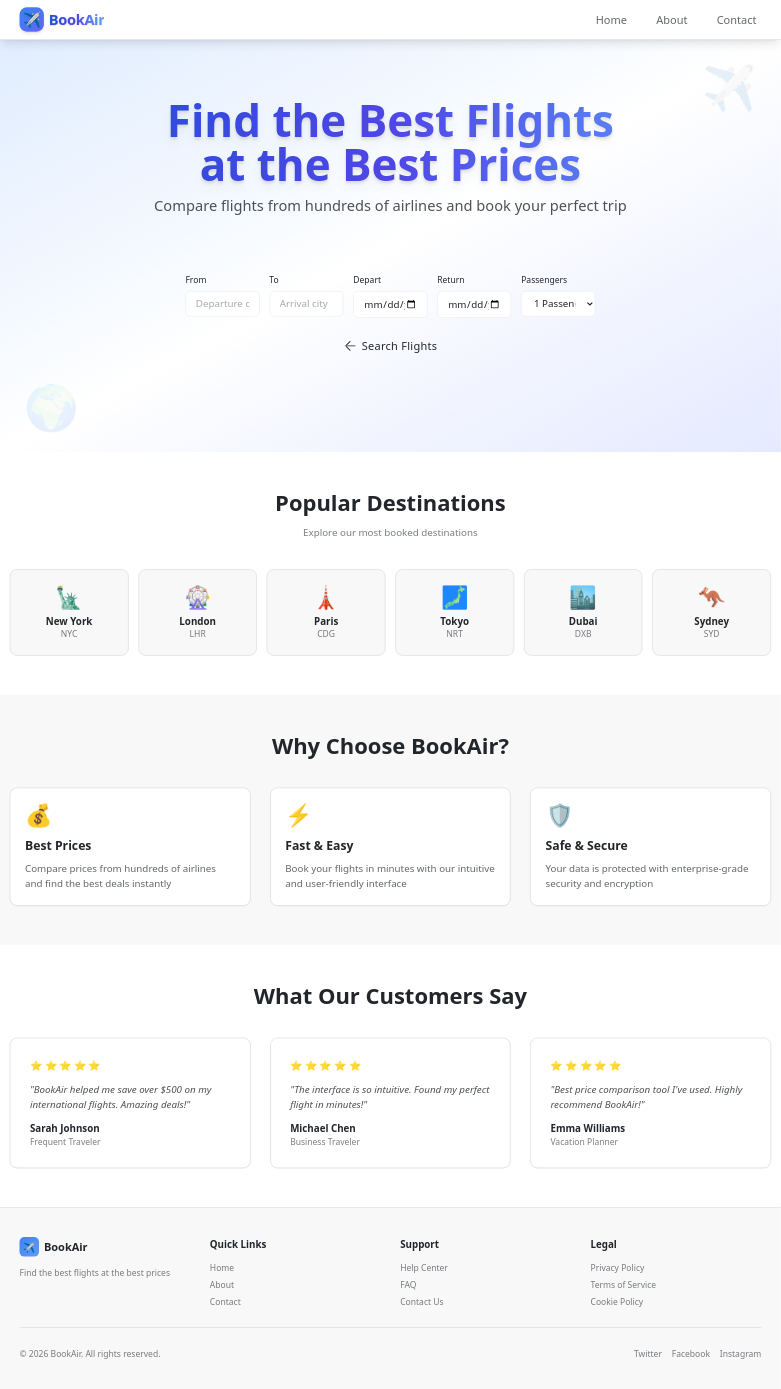
Repository: muhammadsiddique240/Book_air_flights
Page: /
These files come from the project's save history. The page is drawn as it stood at one moment and after the next save; the edit follows.
The browser window is 1280 px wide. The pictures show the whole page, at 61% of full size.
The project was rebuilt for these pictures with package versions that can differ from the ones it lists, and the page was loaded fresh each time. The framework's server and built-in components were replaced by stand-ins that run in the browser. Also part of the build but not shown: next.config.mjs.

Above is the page before, as saved 2026-02-20 15:16:36.

### app/layout.tsx
import type { Metadata } from 'next'
import { Geist, Geist_Mono } from 'next/font/google'

import './globals.css'

const _geist = Geist({ subsets: ['latin'] })
const _geistMono = Geist_Mono({ subsets: ['latin'] })

export const metadata: Metadata = {
  title: 'BookAir - Find the best flights at the best prices',
  description: 'Book flights at the best prices with BookAir. Compare and find the perfect flights for your next trip.',
  generator: 'v0.app',
}

export default function RootLayout({
  children,
}: Readonly<{
  children: React.ReactNode
}>) {
  return (
    <html lang="en">
      <body className="font-sans antialiased">{children}</body>
    </html>
  )
}

### app/page.tsx
'use client'

import { useState, useRef } from 'react'
import { cities } from '@/lib/cities'
import Link from 'next/link'
import { Navbar } from '@/components/navbar'
import { Footer } from '@/components/footer'

export default function Home() {
  const [searchData, setSearchData] = useState({
    from: '',
    to: '',
    departDate: '',
    returnDate: '',
    passengers: '1',
  })
  const [fromSuggestions, setFromSuggestions] = useState<any[]>([])
  const [toSuggestions, setToSuggestions] = useState<any[]>([])
  const [showFromDropdown, setShowFromDropdown] = useState(false)
  const [showToDropdown, setShowToDropdown] = useState(false)
  const fromInputRef = useRef<HTMLInputElement>(null)
  const toInputRef = useRef<HTMLInputElement>(null)

  const handleSearch = (e: React.FormEvent) => {
    e.preventDefault()
    // Navigate to results page with search params
    const params = new URLSearchParams({
      from: searchData.from,
      to: searchData.to,
      departDate: searchData.departDate,
      returnDate: searchData.returnDate,
      passengers: searchData.passengers,
    })
    window.location.href = `/results?${params.toString()}`
  }

  const popularDestinations = [
    { city: 'New York', code: 'NYC', image: '🗽' },
    { city: 'London', code: 'LHR', image: '🎡' },
    { city: 'Paris', code: 'CDG', image: '🗼' },
    { city: 'Tokyo', code: 'NRT', image: '🗾' },
    { city: 'Dubai', code: 'DXB', image: '🏙' },
    { city: 'Sydney', code: 'SYD', image: '🦘' },
  ]

  const testimonials = [
    {
      name: 'Sarah Johnson',
      role: 'Frequent Traveler',
      text: 'BookAir helped me save over $500 on my international flights. Amazing deals!',
    },
    {
      name: 'Michael Chen',
      role: 'Business Traveler',
      text: 'The interface is so intuitive. Found my perfect flight in minutes!',
    },
    {
      name: 'Emma Williams',
      role: 'Vacation Planner',
      text: 'Best price comparison tool I\'ve used. Highly recommend BookAir!',
    },
  ]

  return (
    <>
      <Navbar />
      <main className="flex flex-col min-h-screen">
        {/* Hero Section */}
        <section className="relative bg-gradient-to-br from-blue-100/60 via-white/80 to-indigo-100/60 py-24 px-4 overflow-hidden section-fade">
          <div className="absolute inset-0 pointer-events-none">
            <div className="absolute top-10 right-10 text-7xl opacity-10 animate-pulse">✈</div>
            <div className="absolute bottom-10 left-10 text-7xl opacity-10 animate-pulse">🌍</div>
            <div className="absolute inset-0 bg-gradient-to-br from-blue-200/20 via-white/0 to-indigo-200/20" />
          </div>

          <div className="max-w-7xl mx-auto relative z-10">
            <div className="text-center mb-12 fade-in">
              <h1 className="text-5xl md:text-6xl lg:text-7xl font-extrabold text-transparent bg-clip-text bg-gradient-to-r from-blue-700 via-indigo-600 to-blue-400 mb-4 text-balance drop-shadow-lg">
                Find the Best Flights at the Best Prices
              </h1>
              <p className="text-xl md:text-2xl text-foreground/80 text-balance font-medium">
                Compare flights from hundreds of airlines and book your perfect trip
              </p>
            </div>

            {/* Search Card */}
            <div className="glass-card p-8 md:p-12 max-w-3xl mx-auto fade-in">
              <form onSubmit={handleSearch} className="space-y-4">
                <div className="grid grid-cols-1 md:grid-cols-5 gap-4">
                  {/* From */}
                  <div>
                    <label className="block text-sm font-medium text-foreground mb-2">From</label>
                    <div className="relative">
                      <input
                        type="text"
                        placeholder="Departure city"
                        value={searchData.from}
                        ref={fromInputRef}
                        autoComplete="off"
                        onFocus={() => {
                          setShowFromDropdown(true)
                          setFromSuggestions(
                            cities.filter(city =>
                              city.city.toLowerCase().includes(searchData.from.toLowerCase()) ||
                              city.code.toLowerCase().includes(searchData.from.toLowerCase())
                            )
                          )
                        }}
                        onBlur={() => setTimeout(() => setShowFromDropdown(false), 100)}
                        onChange={e => {
                          setSearchData({ ...searchData, from: e.target.value })
                          setShowFromDropdown(true)
                          setFromSuggestions(
                            cities.filter(city =>
                              city.city.toLowerCase().includes(e.target.value.toLowerCase()) ||
                              city.code.toLowerCase().includes(e.target.value.toLowerCase())
                            )
                          )
                        }}
                        className="w-full px-4 py-2 border border-input rounded-lg bg-background text-foreground placeholder:text-foreground/40 focus:outline-none focus:ring-2 focus:ring-primary"
                        required
                      />
                      {showFromDropdown && fromSuggestions.length > 0 && (
                        <ul className="absolute z-20 left-0 right-0 bg-white border border-gray-200 rounded shadow max-h-48 overflow-y-auto">
                          {fromSuggestions.map((city, idx) => (
                            <li
                              key={city.code}
                              className="px-4 py-2 hover:bg-primary/10 cursor-pointer"
                              onMouseDown={() => {
                                setSearchData({ ...searchData, from: city.city })
                                setShowFromDropdown(false)
                              }}
                            >
                              {city.city} ({city.code})
                            </li>
                          ))}
                        </ul>
                      )}
                    </div>
                  </div>

                  {/* To */}
                  <div>
                    <label className="block text-sm font-medium text-foreground mb-2">To</label>
                    <div className="relative">
                      <input
                        type="text"
                        placeholder="Arrival city"
                        value={searchData.to}
                        ref={toInputRef}
                        autoComplete="off"
                        onFocus={() => {
                          setShowToDropdown(true)
                          setToSuggestions(
                            cities.filter(city =>
                              city.city.toLowerCase().includes(searchData.to.toLowerCase()) ||
                              city.code.toLowerCase().includes(searchData.to.toLowerCase())
                            )
                          )
                        }}
                        onBlur={() => setTimeout(() => setShowToDropdown(false), 100)}
                        onChange={e => {
                          setSearchData({ ...searchData, to: e.target.value })
                          setShowToDropdown(true)
                          setToSuggestions(
                            cities.filter(city =>
                              city.city.toLowerCase().includes(e.target.value.toLowerCase()) ||
                              city.code.toLowerCase().includes(e.target.value.toLowerCase())
                            )
                          )
                        }}
                        className="w-full px-4 py-2 border border-input rounded-lg bg-background text-foreground placeholder:text-foreground/40 focus:outline-none focus:ring-2 focus:ring-primary"
                        required
                      />
                      {showToDropdown && toSuggestions.length > 0 && (
                        <ul className="absolute z-20 left-0 right-0 bg-white border border-gray-200 rounded shadow max-h-48 overflow-y-auto">
                          {toSuggestions.map((city, idx) => (
                            <li
                              key={city.code}
                              className="px-4 py-2 hover:bg-primary/10 cursor-pointer"
                              onMouseDown={() => {
                                setSearchData({ ...searchData, to: city.city })
                                setShowToDropdown(false)
                              }}
                            >
                              {city.city} ({city.code})
                            </li>
                          ))}
                        </ul>
                      )}
                    </div>
                  </div>

                  {/* Depart */}
                  <div>
                    <label className="block text-sm font-medium text-foreground mb-2">Depart</label>
                    <input
                      type="date"
                      value={searchData.departDate}
                      onChange={(e) => setSearchData({ ...searchData, departDate: e.target.value })}
                      className="w-full px-4 py-2 border border-input rounded-lg bg-background text-foreground focus:outline-none focus:ring-2 focus:ring-primary"
                      required
                    />
                  </div>

                  {/* Return */}
                  <div>
                    <label className="block text-sm font-medium text-foreground mb-2">Return</label>
                    <input
                      type="date"
                      value={searchData.returnDate}
                      onChange={(e) => setSearchData({ ...searchData, returnDate: e.target.value })}
                      className="w-full px-4 py-2 border border-input rounded-lg bg-background text-foreground focus:outline-none focus:ring-2 focus:ring-primary"
                    />
                  </div>

                  {/* Passengers */}
                  <div>
                    <label className="block text-sm font-medium text-foreground mb-2">Passengers</label>
                    <select
                      value={searchData.passengers}
                      onChange={(e) => setSearchData({ ...searchData, passengers: e.target.value })}
                      className="w-full px-4 py-2 border border-input rounded-lg bg-background text-foreground focus:outline-none focus:ring-2 focus:ring-primary"
                    >
                      {[1, 2, 3, 4, 5, 6].map((n) => (
                        <option key={n} value={n}>
                          {n} {n === 1 ? 'Passenger' : 'Passengers'}
                        </option>
                      ))}
                    </select>
                  </div>
                </div>

                <button
                  type="submit"
                  className="w-full premium-btn py-4 text-lg tracking-wide"
                >
                  <span className="flex items-center justify-center gap-2">
                    <svg width="22" height="22" fill="none" viewBox="0 0 24 24"><path fill="currentColor" d="M2.25 12a.75.75 0 0 1 .75-.75h18a.75.75 0 0 1 0 1.5h-18A.75.75 0 0 1 2.25 12Z"></path><path fill="currentColor" d="M12.53 3.47a.75.75 0 0 1 0 1.06L5.81 11.25a.75.75 0 0 1-1.06-1.06l6.72-6.72a.75.75 0 0 1 1.06 0Zm0 17.06a.75.75 0 0 1-1.06 0l-6.72-6.72a.75.75 0 0 1 1.06-1.06l6.72 6.72a.75.75 0 0 1 0 1.06Z"></path></svg>
                    Search Flights
                  </span>
                </button>
              </form>
            </div>
          </div>
        </section>

        {/* Popular Destinations */}
        <section className="py-16 px-4 bg-background">
          <div className="max-w-7xl mx-auto">
            <h2 className="text-3xl md:text-4xl font-bold text-foreground mb-4 text-center text-balance">
              Popular Destinations
            </h2>
            <p className="text-center text-foreground/60 mb-12">Explore our most booked destinations</p>

            <div className="grid grid-cols-2 md:grid-cols-3 lg:grid-cols-6 gap-4">
              {popularDestinations.map((destination) => (
                <button
                  key={destination.code}
                  onClick={() => {
                    setSearchData({ ...searchData, to: destination.city })
                    const form = document.querySelector('form') as HTMLFormElement
                    if (form) form.dispatchEvent(new Event('submit', { bubbles: true }))
                  }}
                  className="group p-6 rounded-xl bg-secondary/50 hover:bg-primary/10 border border-border hover:border-primary transition-all cursor-pointer text-center"
                >
                  <div className="text-4xl mb-2">{destination.image}</div>
                  <div className="font-semibold text-foreground">{destination.city}</div>
                  <div className="text-sm text-foreground/60">{destination.code}</div>
                </button>
              ))}
            </div>
          </div>
        </section>

        {/* Why Choose Us */}
        <section className="py-16 px-4 bg-secondary/50">
          <div className="max-w-7xl mx-auto">
            <h2 className="text-3xl md:text-4xl font-bold text-foreground mb-12 text-center text-balance">
              Why Choose BookAir?
            </h2>

            <div className="grid grid-cols-1 md:grid-cols-3 gap-8">
              <div className="bg-card rounded-xl p-6 shadow-sm border border-border">
                <div className="text-4xl mb-4">💰</div>
                <h3 className="text-xl font-semibold text-foreground mb-3">Best Prices</h3>
                <p className="text-foreground/70">
                  Compare prices from hundreds of airlines and find the best deals instantly
                </p>
              </div>

              <div className="bg-card rounded-xl p-6 shadow-sm border border-border">
                <div className="text-4xl mb-4">⚡</div>
                <h3 className="text-xl font-semibold text-foreground mb-3">Fast & Easy</h3>
                <p className="text-foreground/70">
                  Book your flights in minutes with our intuitive and user-friendly interface
                </p>
              </div>

              <div className="bg-card rounded-xl p-6 shadow-sm border border-border">
                <div className="text-4xl mb-4">🛡</div>
                <h3 className="text-xl font-semibold text-foreground mb-3">Safe & Secure</h3>
                <p className="text-foreground/70">
                  Your data is protected with enterprise-grade security and encryption
                </p>
              </div>
            </div>
          </div>
        </section>

        {/* Testimonials */}
        <section className="py-16 px-4 bg-background">
          <div className="max-w-7xl mx-auto">
            <h2 className="text-3xl md:text-4xl font-bold text-foreground mb-12 text-center text-balance">
              What Our Customers Say
            </h2>

            <div className="grid grid-cols-1 md:grid-cols-3 gap-8">
              {testimonials.map((testimonial, idx) => (
                <div key={idx} className="bg-card rounded-xl p-8 border border-border shadow-sm">
                  <div className="flex gap-1 mb-4">
                    {[...Array(5)].map((_, i) => (
                      <span key={i} className="text-yellow-400">⭐</span>
                    ))}
                  </div>
                  <p className="text-foreground/80 mb-4 italic">"{testimonial.text}"</p>
                  <div>
                    <p className="font-semibold text-foreground">{testimonial.name}</p>
                    <p className="text-sm text-foreground/60">{testimonial.role}</p>
                  </div>
                </div>
              ))}
            </div>
          </div>
        </section>
      </main>

      <Footer />
    </>
  )
}

Loaded but not shown: tailwind.config.ts (common file); components/footer.tsx (107 lines, source omitted); app/globals.css (137 lines, source omitted); components/navbar.tsx (73 lines, source omitted); lib/cities.ts (23 lines, source omitted)

After the next save:
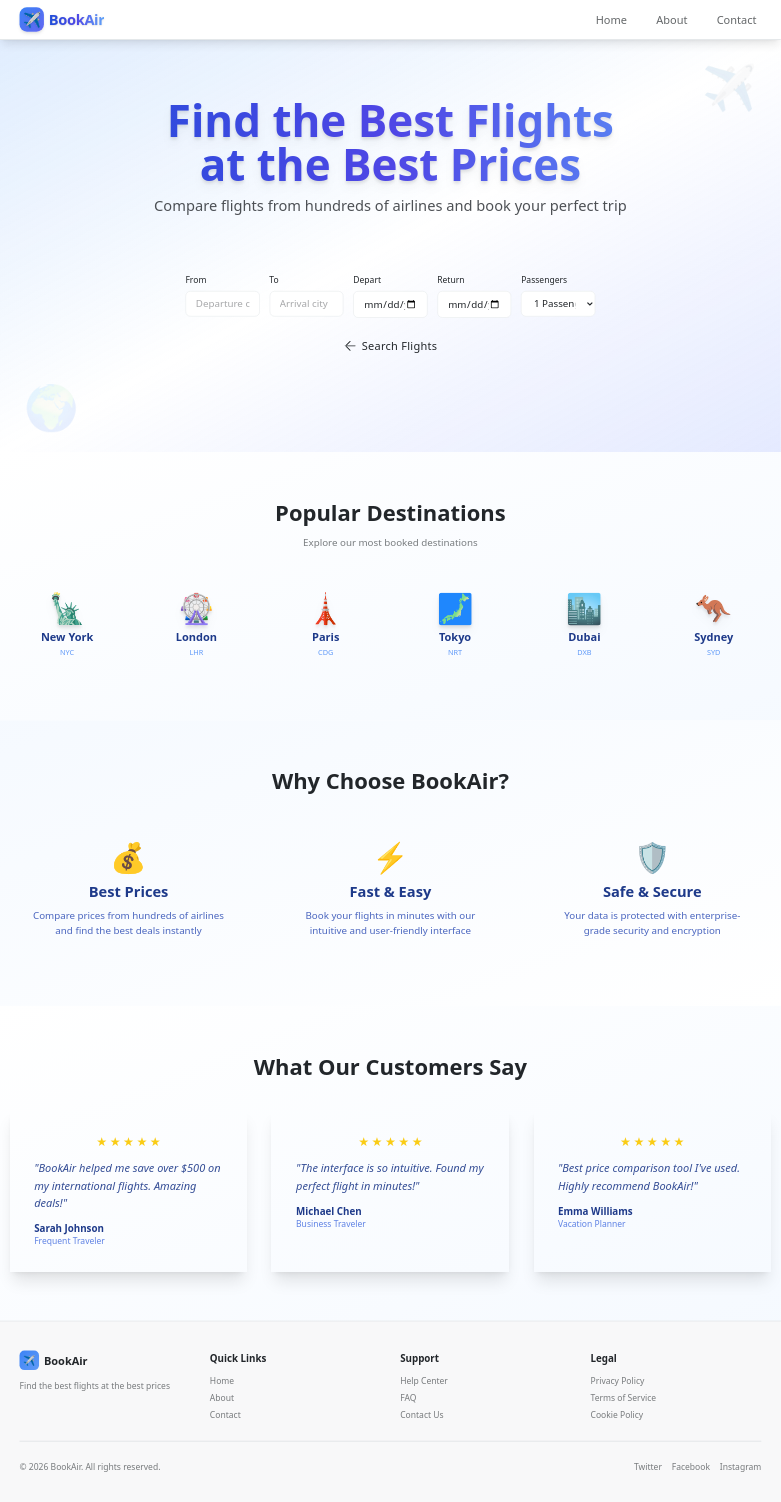
Saved 79 s later.
--- a/app/page.tsx
+++ b/app/page.tsx
@@ -246,15 +246,15 @@
         </section>
 
         {/* Popular Destinations */}
-        <section className="py-16 px-4 bg-background">
+        <section className="py-20 px-4 bg-gradient-to-br from-white/80 to-blue-50/60 section-fade">
           <div className="max-w-7xl mx-auto">
             <h2 className="text-3xl md:text-4xl font-bold text-foreground mb-4 text-center text-balance">
               Popular Destinations
             </h2>
             <p className="text-center text-foreground/60 mb-12">Explore our most booked destinations</p>
 
-            <div className="grid grid-cols-2 md:grid-cols-3 lg:grid-cols-6 gap-4">
-              {popularDestinations.map((destination) => (
+            <div className="grid grid-cols-2 md:grid-cols-3 lg:grid-cols-6 gap-6">
+              {popularDestinations.map((destination, i) => (
                 <button
                   key={destination.code}
                   onClick={() => {
@@ -262,11 +262,12 @@
                     const form = document.querySelector('form') as HTMLFormElement
                     if (form) form.dispatchEvent(new Event('submit', { bubbles: true }))
                   }}
-                  className="group p-6 rounded-xl bg-secondary/50 hover:bg-primary/10 border border-border hover:border-primary transition-all cursor-pointer text-center"
+                  className="group glass-card p-6 cursor-pointer text-center fade-in"
+                  style={{ animationDelay: `${i * 0.08 + 0.1}s` }}
                 >
-                  <div className="text-4xl mb-2">{destination.image}</div>
-                  <div className="font-semibold text-foreground">{destination.city}</div>
-                  <div className="text-sm text-foreground/60">{destination.code}</div>
+                  <div className="text-5xl mb-2 drop-shadow-lg">{destination.image}</div>
+                  <div className="font-semibold text-lg text-blue-900 group-hover:text-indigo-700 transition-colors">{destination.city}</div>
+                  <div className="text-xs text-blue-500/80 mt-1">{destination.code}</div>
                 </button>
               ))}
             </div>
@@ -274,33 +275,31 @@
         </section>
 
         {/* Why Choose Us */}
-        <section className="py-16 px-4 bg-secondary/50">
+        <section className="py-20 px-4 bg-gradient-to-br from-blue-50/60 to-white/80 section-fade">
           <div className="max-w-7xl mx-auto">
             <h2 className="text-3xl md:text-4xl font-bold text-foreground mb-12 text-center text-balance">
               Why Choose BookAir?
             </h2>
 
-            <div className="grid grid-cols-1 md:grid-cols-3 gap-8">
-              <div className="bg-card rounded-xl p-6 shadow-sm border border-border">
-                <div className="text-4xl mb-4">💰</div>
-                <h3 className="text-xl font-semibold text-foreground mb-3">Best Prices</h3>
-                <p className="text-foreground/70">
+            <div className="grid grid-cols-1 md:grid-cols-3 gap-10">
+              <div className="glass-card p-8 text-center fade-in" style={{ animationDelay: '0.1s' }}>
+                <div className="text-5xl mb-4">💰</div>
+                <h3 className="text-2xl font-bold text-blue-900 mb-3">Best Prices</h3>
+                <p className="text-blue-800/80">
                   Compare prices from hundreds of airlines and find the best deals instantly
                 </p>
               </div>
-
-              <div className="bg-card rounded-xl p-6 shadow-sm border border-border">
-                <div className="text-4xl mb-4">⚡</div>
-                <h3 className="text-xl font-semibold text-foreground mb-3">Fast & Easy</h3>
-                <p className="text-foreground/70">
+              <div className="glass-card p-8 text-center fade-in" style={{ animationDelay: '0.2s' }}>
+                <div className="text-5xl mb-4">⚡</div>
+                <h3 className="text-2xl font-bold text-blue-900 mb-3">Fast & Easy</h3>
+                <p className="text-blue-800/80">
                   Book your flights in minutes with our intuitive and user-friendly interface
                 </p>
               </div>
-
-              <div className="bg-card rounded-xl p-6 shadow-sm border border-border">
-                <div className="text-4xl mb-4">🛡</div>
-                <h3 className="text-xl font-semibold text-foreground mb-3">Safe & Secure</h3>
-                <p className="text-foreground/70">
+              <div className="glass-card p-8 text-center fade-in" style={{ animationDelay: '0.3s' }}>
+                <div className="text-5xl mb-4">🛡</div>
+                <h3 className="text-2xl font-bold text-blue-900 mb-3">Safe & Secure</h3>
+                <p className="text-blue-800/80">
                   Your data is protected with enterprise-grade security and encryption
                 </p>
               </div>
@@ -309,24 +308,24 @@
         </section>
 
         {/* Testimonials */}
-        <section className="py-16 px-4 bg-background">
+        <section className="py-20 px-4 bg-gradient-to-br from-white/80 to-blue-50/60 section-fade">
           <div className="max-w-7xl mx-auto">
             <h2 className="text-3xl md:text-4xl font-bold text-foreground mb-12 text-center text-balance">
               What Our Customers Say
             </h2>
 
-            <div className="grid grid-cols-1 md:grid-cols-3 gap-8">
+            <div className="grid grid-cols-1 md:grid-cols-3 gap-10">
               {testimonials.map((testimonial, idx) => (
-                <div key={idx} className="bg-card rounded-xl p-8 border border-border shadow-sm">
-                  <div className="flex gap-1 mb-4">
+                <div key={idx} className="glass-card p-10 border-0 shadow-xl fade-in" style={{ animationDelay: `${0.1 + idx * 0.1}s` }}>
+                  <div className="flex gap-1 mb-4 justify-center">
                     {[...Array(5)].map((_, i) => (
-                      <span key={i} className="text-yellow-400">⭐</span>
+                      <span key={i} className="text-yellow-400 text-xl">★</span>
                     ))}
                   </div>
-                  <p className="text-foreground/80 mb-4 italic">"{testimonial.text}"</p>
-                  <div>
-                    <p className="font-semibold text-foreground">{testimonial.name}</p>
-                    <p className="text-sm text-foreground/60">{testimonial.role}</p>
+                  <p className="text-blue-900/90 mb-4 italic text-lg">"{testimonial.text}"</p>
+                  <div>
+                    <p className="font-bold text-blue-900">{testimonial.name}</p>
+                    <p className="text-sm text-blue-700/70">{testimonial.role}</p>
                   </div>
                 </div>
               ))}
